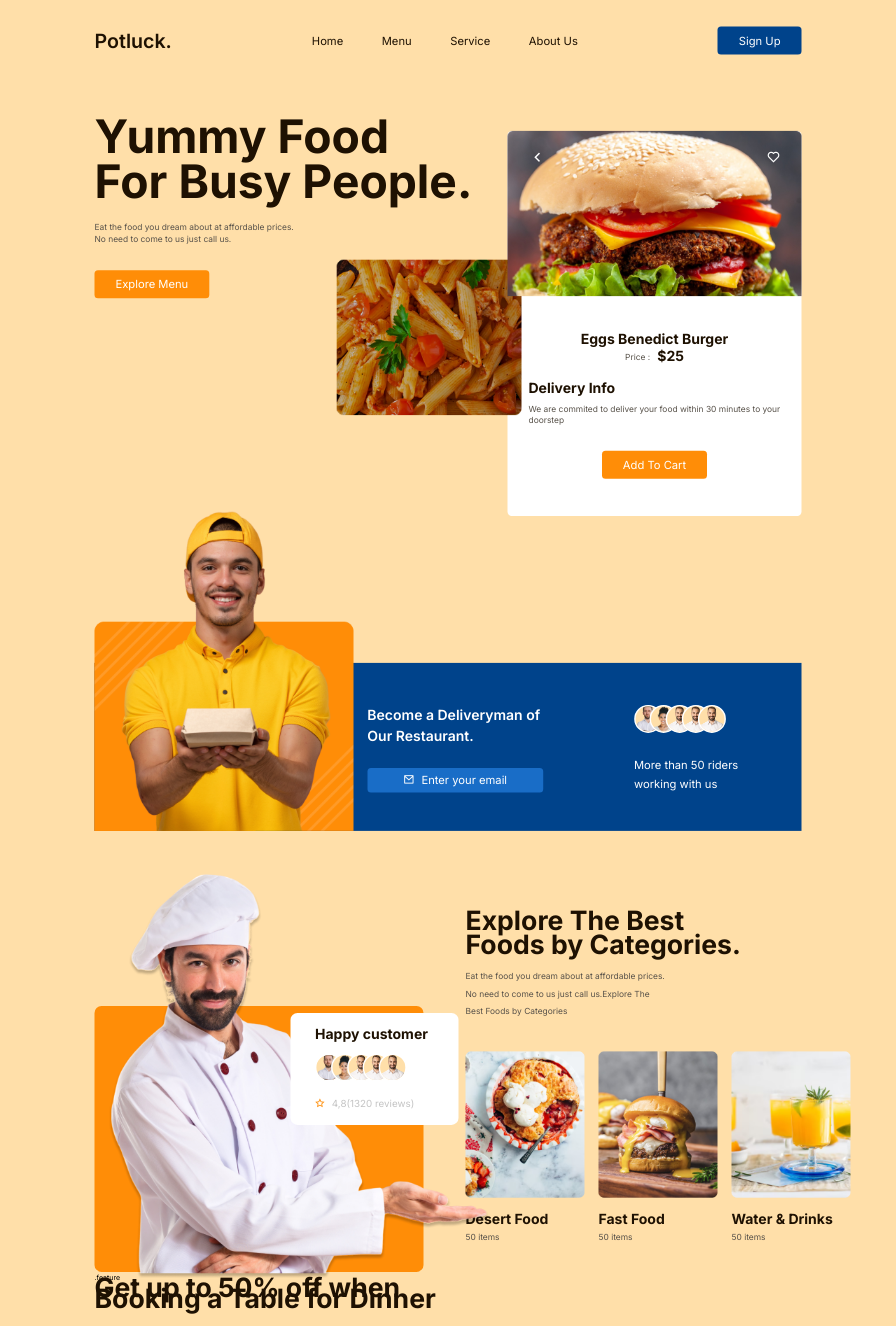
Repository: kien181999/potluck-restaurant-landing
Page: index.html
The author's editor kept a copy of each file at every save. The page is drawn from the files as they stood at one save, then again after the next save.
The browser window is 1280 px wide. The pictures show the whole page, at 70% of full size.
The style sheet was rebuilt from its Sass, Less or Tailwind sources for each picture, by a compiler version that may differ from the author's.

Above is the page before, as saved 2022-06-20 21:45:10.

After the next save:
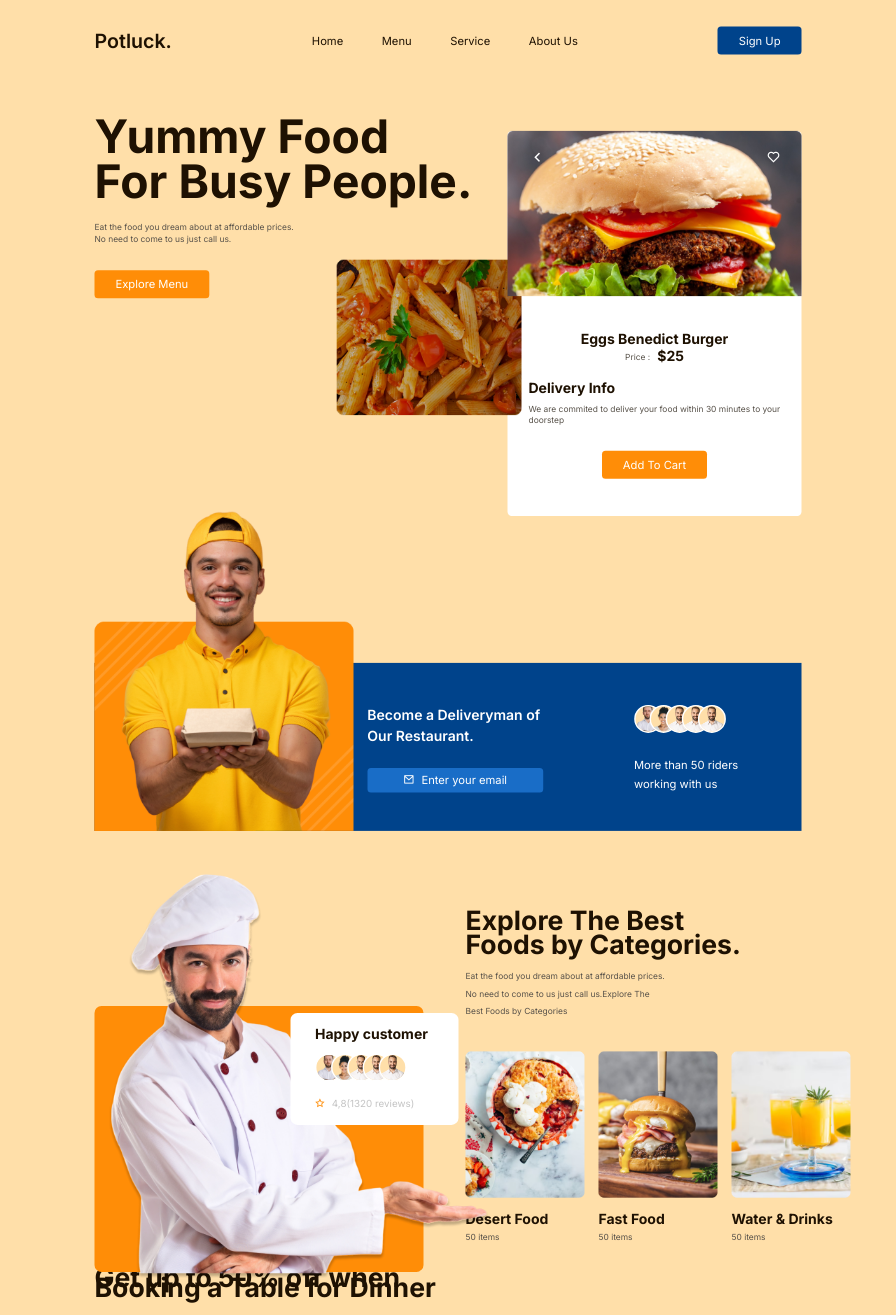
Saved 5 s later.
--- a/index.html
+++ b/index.html
@@ -176,7 +176,7 @@
             </div>
         </section>
         <section class="feature">
-            .feature
+            <div class="feature__text"></div>
             <h2 class="heading-2-white">
                 Get up to 50% off when
             </h2>
